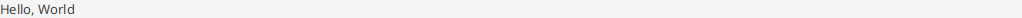
Repository: S--Minecraft/twgitter
Program's window: java twgitter-gui/src/twgitter/gui/Main.java
An editor plug-in stored every save of this project. The program's window is shown before and after a run of saves, followed by the edit.
It runs on Java 21 on a 1366 x 768 screen with JavaFX 11; the title bar is not drawn.

Above is the program's window before, as saved 2014-09-21 13:38:06.

### twgitter-gui/src/twgitter/gui/Main.java
package twgitter.gui;

import javafx.application.Application;
import javafx.scene.Scene;
import javafx.scene.control.Label;
import javafx.scene.layout.HBox;
import javafx.stage.Stage;


public class Main extends Application {
	public static void main(String[] args){
	    Application.launch(args);
	  }

	  @Override
	  public void start(Stage stage) {
	    HBox hbox1 = new HBox();
	    HBox hbox2 = new HBox();
	    Scene scene1 = new Scene(hbox1);
	    hbox1.getChildren().add(new Label("Hello, World"));
	    hbox2.getChildren().add(new Label("Hello, World"));

	    stage.setScene(scene1);
	    stage.setTitle("Hello");
	    stage.show();
	  }
	}
/*
	@Override
	public void start(Stage primaryStage) {
		try {
			BorderPane root = (BorderPane)FXMLLoader.load(getClass().getResource("First.fxml"));
			Scene scene = new Scene(root,400,600);
			scene.getStylesheets().add(getClass().getResource("application.css").toExternalForm());
			primaryStage.setScene(scene);

			Tabs toptab = new Tabs();
			String[] topTabName = {"All","Twitter","App.Net","Croudia","Gitter","IRC","Slack"};
			toptab.init(primaryStage,topTabName,400,600);

			Tabs secondtab = new Tabs();
			String[] secondTabName = {"Messages","Favorites","Re","Reply","Mentions"};
			secondtab.init(primaryStage,secondTabName,400,600);


			primaryStage.show();
		} catch(Exception e) {
			e.printStackTrace();
		}
	}
*/

After the next 3 saves:
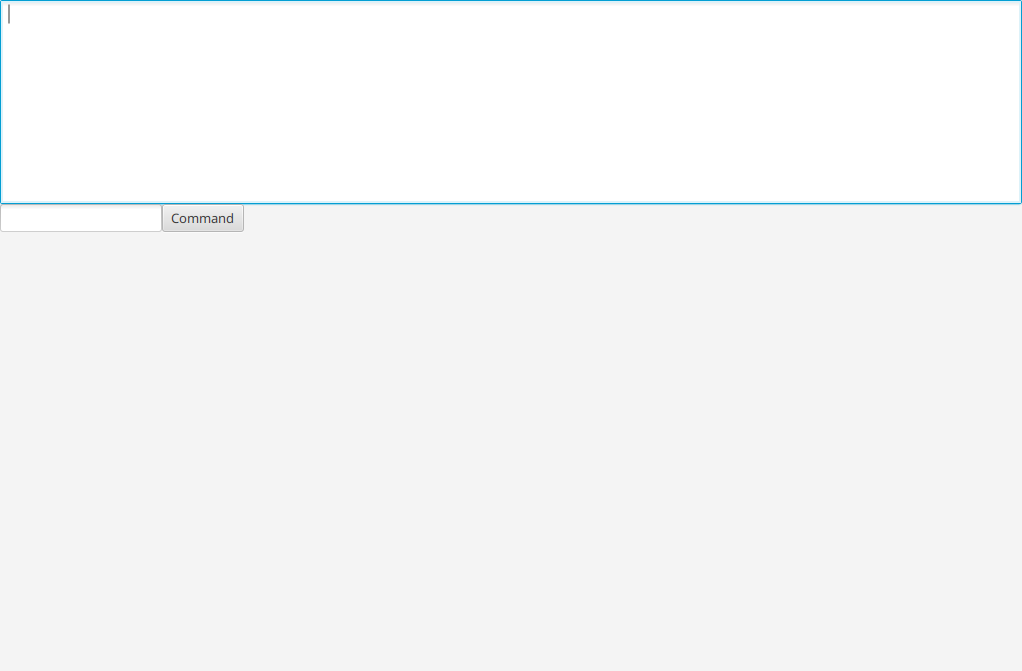
The 3 saves are shown as one change because 1 did not build or start and some came seconds apart.
The last was saved 3 min 42 s later.
--- a/twgitter-gui/src/twgitter/gui/Main.java
+++ b/twgitter-gui/src/twgitter/gui/Main.java
@@ -2,8 +2,11 @@
 
 import javafx.application.Application;
 import javafx.scene.Scene;
-import javafx.scene.control.Label;
+import javafx.scene.control.Button;
+import javafx.scene.control.TextArea;
+import javafx.scene.control.TextField;
 import javafx.scene.layout.HBox;
+import javafx.scene.layout.VBox;
 import javafx.stage.Stage;
 
 
@@ -12,19 +15,27 @@
 	    Application.launch(args);
 	  }
 
-	  @Override
-	  public void start(Stage stage) {
-	    HBox hbox1 = new HBox();
-	    HBox hbox2 = new HBox();
-	    Scene scene1 = new Scene(hbox1);
-	    hbox1.getChildren().add(new Label("Hello, World"));
-	    hbox2.getChildren().add(new Label("Hello, World"));
+	@Override
+	public void start(Stage stage) {
+		// シーングラフとルートオブジェクトの生成
+		VBox vbox = new VBox();
+		Scene scene = new Scene(vbox);
 
-	    stage.setScene(scene1);
-	    stage.setTitle("Hello");
-	    stage.show();
-	  }
+		// テキストエリア、テキストフィールド、ボタンの設定
+		TextArea textArea = new TextArea();
+		TextField commandField = new TextField();
+		Button commandButton = new Button("Command");
+		HBox commandArea = new HBox();
+		commandArea.getChildren().addAll(commandField, commandButton);
+		vbox.getChildren().addAll(textArea, commandArea);
+
+		// Stageの設定
+		stage.setScene(scene);
+		stage.setTitle("JavaFXMemo");
+		stage.setWidth(1024); stage.setHeight(700);
+		stage.show();
 	}
+}
 /*
 	@Override
 	public void start(Stage primaryStage) {
